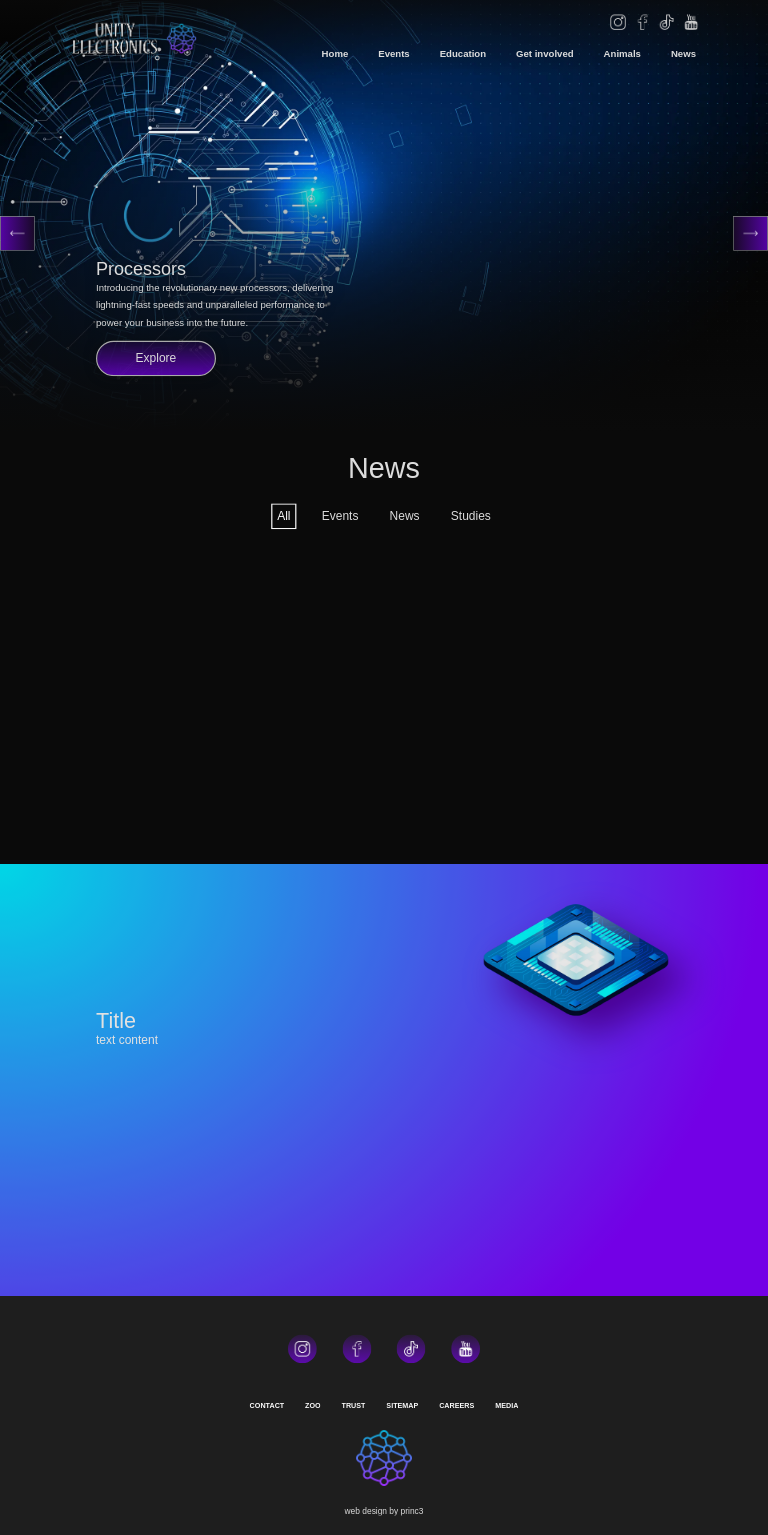
Repository: princ3-web/five
Page: /
These files come from the project's save history. The page is drawn as it stood at one moment and after the next save; the edit follows.
The browser window is 1280 px wide. The pictures show the whole page, at 60% of full size.
The project was rebuilt for these pictures with package versions that can differ from the ones it lists, and the page was loaded fresh each time. Also part of the build but not shown: src/css/subpage.module.css, src/pages/Events.jsx, src/pages/Education.jsx, src/pages/Membership.jsx, src/pages/Animals.jsx, src/pages/News.jsx, src/pages/Support.jsx.

Above is the page before, as saved 2023-05-08 18:54:45.

### src/App.jsx
import React, { useState } from "react";
import { Routes, Route } from "react-router-dom";
import app from "./css/app.module.css";
import Navbar from "./components/Navbar.jsx";
import Bottombar from "./components/Bottombar.jsx";
import Main from "./pages/Main.jsx";
import Events from "./pages/Events.jsx";
import Education from "./pages/Education.jsx";
import Membership from "./pages/Membership.jsx";
import Animals from "./pages/Animals.jsx";
import News from "./pages/News.jsx";
import Support from "./pages/Support.jsx";
import Scrolltotop from "./components/Scrolltotop";

function App() {
  return (
    <div className={app.app}>
      <Navbar />
      <Routes>
        <Route path="/" element={<Main />} exact />
        <Route path="/Events" element={<Events />} exact />
        <Route path="/Education" element={<Education />} exact />
        <Route path="/Membership" element={<Membership />} exact />
        <Route path="/Animals" element={<Animals />} exact />
        <Route path="/News" element={<News />} exact />
        <Route path="/Support" element={<Support />} exact />
      </Routes>
      <Bottombar />
      <Scrolltotop />
    </div>
  );
}

export default App;

### src/css/app.module.css
:root {
    --thin: 200;
    --regular: 400;
    --bold: 600;
    --font-12: 12px;
    --font-14: 14px;
    --font-16: 16px;
    --font-20: 20px;
    --font-24: 24px;
    --font-30: 30px;
    --font-36: 36px;
    --font-48: 48px;
    --dark: rgb(10, 10, 10);
    --dark-transp-100: rgb(0, 0, 0, 0.5);
    --gray-transp-200: rgba(100, 100, 100, 0.5);
    --gray-transp-300: rgba(100, 100, 100, 0.25);
    --gray-50: rgb(30, 30, 30);
    --gray-100: rgb(60, 60, 60);
    --gray-150: rgb(100, 100, 100);
    --gray-200: rgb(170, 170, 170);
    --gray-300: rgb(220, 220, 220);
    --gray-400: rgb(240, 240, 240);
    --light: rgb(250, 250, 250);
    --light-transp: rgb(255, 255, 255, 0.2);
    --blue-200: rgb(0, 78, 162);
    --blue-300: rgb(0, 123, 255);
    --teal-300: rgb(0, 238, 255);
    --violet-200: rgb(81, 0, 162);
    --violet-300: rgb(128, 0, 255);
    --transp: rgba(0, 0, 0, 0);
}

@import url('https://fonts.googleapis.com/css2?family=Raleway&display=swap');


html > div {
    display: none;
  }

  * {
    overflow-x: hidden;
    padding: 0;
    margin: 0;
    font-family: 'Raleway', sans-serif;
    user-select: none;
  }

  .app{
    background-color: var(--dark);
    height: fit-content;
  }

  .section{
    display: flex;
    flex-direction: column;
    min-height: 100vh;
  }

### src/components/Navbar.jsx
import React, { useState } from "react";
import navbar from "../css/navbar.module.css";
import logo from "../assets/icons/logo_sub.png";
import hamburger from "../assets/icons/hamburger.png";
import cross from "../assets/icons/cross.png";
import { Link } from "react-router-dom";
import instagram from "../assets/icons/instagram.png";
import facebook from "../assets/icons/facebook.png";
import tiktok from "../assets/icons/tiktok.png";
import youtube from "../assets/icons/youtube.png";

const Navbar = () => {
  const navbarButtons = [
    {
      name: "Home",
      menu: false,
      items: [],
      link: "/",
    },
    {
      name: "Events",
      menu: true,
      items: [
        "Plan Your Day",
        "What's On",
        "Membership",
        "Vet Hospital",
        "Education",
        "Zoo Map",
      ],
      link: "/Events",
    },
    {
      name: "Education",
      menu: true,
      items: [
        "Read for Adventure",
        "Educational Field Trips",
        "Self-Guided Field Trips",
        "Nature Explorers Preschool",
        "Schools Out Day Camps",
        "Spring Break Camp",
        "Summer Camps",
        "After Hours",
        "Conservation Club",
      ],
      link: "/Education",
    },
    {
      name: "Get involved",
      menu: true,
      items: [
        "What We Do",
        "What You Can Do",
        "Work at the Zoo",
        "Volunteer",
        "Sponsorship",
        "Conservation",
      ],
      link: "/Membership",
    },
    {
      name: "Animals",
      menu: false,
      items: [],
      link: "/Animals",
    },
    {
      name: "News",
      menu: false,
      items: [],
      link: "/News",
    },
  ];

  const socials = [instagram, facebook, tiktok, youtube];

  const [mobileMenu, toggleMobileMenu] = useState(false);

  return (
    <>
      <div className={navbar.navbar}>
        <Link className={navbar.link} to={"/"}>
          <img className={navbar.logo} src={logo} alt="" />
        </Link>
        <div className={navbar.navbarContent}>
          <div className={navbar.navbarTopIcons}>
            {socials.map((item, n) => (
              <img className={navbar.navbarTopIcon} src={item} alt="" key={n} />
            ))}
          </div>
          <div className={navbar.navbarButtons}>
            {navbarButtons.map((item, n) => (
              <div
                style={{
                  display: "block",
                  overflow: "visible",
                }}
                key={n}
              >
                <div className={navbar.navbarButton}>
                  <Link
                    to={item.link}
                    style={{
                      textDecoration: "none",
                      color: "unset",
                    }}
                  >
                    {item.name}
                  </Link>
                </div>

                {item.items.length > 0 && (
                  <>
                    <div className={navbar.navbarButtonDropdown}>
                      {item.items.map((i, n) => (
                        <Link
                          className={navbar.navbarButtonDropdownItem}
                          key={n}
                          to={item.link}
                        >
                          {i}
                        </Link>
                      ))}
                    </div>
                  </>
                )}
              </div>
            ))}
          </div>
        </div>
        <img
          className={navbar.mobileButton}
          src={mobileMenu === true ? cross : hamburger}
          onClick={() =>
            mobileMenu === true ? toggleMobileMenu(false) : toggleMobileMenu(true)
          }
          alt=""
        />
        <div
          className={[navbar.mobileMenu, mobileMenu ? navbar.mobileMenuShow : ""].join(
            " "
          )}
        >
          {navbarButtons.map((item) => (
            <Link to={item.link} className={navbar.mobileMenuItem}>
              <div onClick={() => toggleMobileMenu(false)}>{item.name}</div>
            </Link>
          ))}
        </div>
      </div>
    </>
  );
};

export default Navbar;

### src/components/Bottombar.jsx
import React from "react";
import bottombar from "../css/bottombar.module.css";
import logobw from "../assets/icons/logo.png";
import instagram from "../assets/icons/instagram.png";
import facebook from "../assets/icons/facebook.png";
import tiktok from "../assets/icons/tiktok.png";
import youtube from "../assets/icons/youtube.png";
import navbar from "../css/navbar.module.css";
import { Link } from "react-router-dom";

const Bottombar = () => {
  const socials = [instagram, facebook, tiktok, youtube];
  const links = ["CONTACT", "ZOO", "TRUST", "SITEMAP", "CAREERS", "MEDIA"];

  return (
    <>
      <div className={bottombar.bottomBar}>
        <div className={bottombar.socials}>
          {socials.map((item, n) => (
            <img className={bottombar.socialButton} src={item} alt="" key={n} />
          ))}
        </div>
        <div className={bottombar.links}>
          {links.map((item, n) => (
            <div className={bottombar.link} key={n}>
              {item}
            </div>
          ))}
        </div>
        <Link className={navbar.link} to={"/"}>
        <img className={bottombar.logo} src={logobw} alt="" onClick={() => window.scrollTo(0, 0)} />
        </Link>
        <div className={bottombar.signature}>web design by princ3</div>
      </div>
    </>
  );
};

export default Bottombar;

### src/pages/Main.jsx
import React, { useState, useEffect } from "react";
import app from "../css/app.module.css";
import Imagescroller from "../components/Imagescroller";
import Newspicker from "../components/Newspicker";
import Objectscroller from "../components/Objectscroller";

const Main = () => {
  return (
    <>
      <div className={app.section}>
        <Imagescroller />
      </div>

      <div className={app.section}>
        <Newspicker />
      </div>
      <div className={app.section}>
        <Objectscroller />
      </div>
    </>
  );
};

export default Main;

### src/components/Scrolltotop.jsx
import React from 'react';
import { useLocation } from 'react-router-dom';
import { useEffect } from 'react';

const Scrolltotop = () => {
    const { pathname } = useLocation();

    useEffect(() => {
      window.scrollTo(0, 0);
    }, [pathname]);
  }

export default Scrolltotop;

### src/css/navbar.module.css
.navbar {
  position: absolute;
  display: flex;
  flex-direction: row;
  justify-content: space-between;
  align-items: center;
  z-index: 5;
  width: 100%;
  padding-inline: 7rem;
  height: 8rem;
  font-size: var(--font-16);
  overflow: visible;
  box-sizing: border-box;
  background: linear-gradient(var(--dark) -30%, var(--transp) 100%);
}

.navbarContent {
  height: 100%;
  display: flex;
  flex-direction: column;
  justify-content: space-evenly;
}

.navbarTopIcons {
  display: flex;
  flex-direction: row;
  justify-content: space-between;
  width: 12vw;
  margin-left: auto;
  margin-right: 0;
}

.navbarTopIcon {
  width: 2rem;
  filter: brightness(0.8);
}

.navbarTopIcon:hover {
  filter: brightness(1);
  cursor: pointer;
}

.navbarButtons {
  display: flex;
  flex-direction: row;
  justify-content: space-between;
  width: 50vw;
  margin-left: auto;
  margin-right: 0;
}

.navbarButton {
  color: var(--gray-300);
  padding: 0.5rem;
  font-weight: var(--bold);
  cursor: pointer;
  transition: 0.2s;
}

.navbarButton:hover {
  color: var(--gray-400);
  cursor: pointer;
}

.dropdownBackground {
  background-color: black;
  width: 100%;
  height: 15rem;
}

.navbarButtonDropdown {
  visibility: hidden;
  z-index: 3;
  position: absolute;
  margin-left: -25px;
  padding-inline: 1.5rem;
  padding-block: 0.5rem;
  cursor: pointer;
  line-height: 2rem;
  filter: opacity(0);
  transition: 0.35s;
  background: linear-gradient(135deg, var(--dark-transp-100), var(--violet-200));
}

.navbarButton:hover ~ .navbarButtonDropdown {
  visibility: visible;
  filter: opacity(1);
}

.navbarButtonDropdown:hover {
  visibility: visible;
  filter: opacity(1);

}

.navbarButtonDropdownItem {
  color: var(--gray-300);
  display: block;
  transition: 0.2s;
  text-decoration: none;
}

.navbarButtonDropdownItem:hover {
  color: var(--light);
}

.navbarTopButton {
  height: fit-content;
  padding: 0.5rem;
  font-weight: var(--regular);
  cursor: pointer;
}

.logo {
  position: relative;
  display: block;
  height: 40%;
  object-fit: contain;
  z-index: 1;
  filter: drop-shadow(1px 1px 1px var(--dark));
}

.link {
  height: 100%;
  overflow: hidden;
  display: flex;
  align-items: center;
}

.mobileButton {
  display: none;
}

.mobileMenu {
  display: none;
}

@media screen and (max-width: 480px) {
  .navbar {
    height: 5rem;
    padding-inline: 0.5rem;
  }

  .navbarTopButtons {
    display: none;
  }
  .navbarButtons {
    display: none;
  }

  .logo {
    height: 70%;
  }

  .mobileButton {
    display: block;
    height: 50%;
    margin-right: 0.5rem;
    z-index: 1;
  }

  .mobileMenu {
    position: absolute;
    display: block;
    box-sizing: border-box;
    top: 5rem;
    left: 100vw;
    width: 100vw;
    height: 100vh;
    text-align: center;
    background-size: 20rem;
    background-color: var(--green-400);
    transition: 0.2s;
  }

  .mobileMenuShow {
    left: 0;
  }

  .mobileMenuItem {
    color: var(--light);
    font-size: var(--font-20);
    line-height: 4rem;
    text-decoration: none;
  }
}

### src/css/bottombar.module.css
.bottomBar {
  position: relative;
  display: flex;
  flex-direction: column;
  align-items: center;
  width: 100%;
  background-color: var(--gray-50);
  padding-bottom: 2rem;
}

.socials {
  position: relative;
  width: 25%;
  margin: auto;
  left: 0;
  right: 0;
  margin-top: 4rem;
  display: flex;
  flex-direction: row;
  justify-content: space-between;
}

.socialButton {
  width: 2rem;
  padding: 0.5rem;
  background-color: var(--violet-200);
  background: linear-gradient(180deg, var(--transp), var(--violet-300));
  background-size: 100% 200%;
  background-position: 100% 25%;
  transition: 0.5s;
  border-radius: 2rem;
  cursor: pointer;
}

.socialButton:hover {
  background-position: 100% 100%;

}

.links {
  position: relative;
  width: 35%;
  font-size: var(--font-12);
  margin: auto;
  left: 0;
  right: 0;
  margin-top: 4rem;
  display: flex;
  flex-direction: row;
  justify-content: space-between;
}

.link {
  color: var(--light);
  font-weight: var(--bold);
  cursor: pointer;
}

.link:hover {
  color: var(--gray-200);
}

.logo {
  position: relative;
  width: 6rem;
  padding-top: 2rem;
  padding-bottom: 2rem;
  cursor: pointer;
  transition: 0.2s;
}

.logo:hover {
  filter: brightness(0.8);
}

.signature {
  color: var(--gray-300);
  font-size: var(--font-14);
  font-weight: var(--thin);
}

@media screen and (max-width: 480px) {
  .socials {
    width: 90%;
  }

  .links {
    display: flex;
    flex-wrap: wrap;
    width: 90%;
    justify-content: space-between;
  }

  .link {
    width: 30%;
    height: 3rem;
    text-align: center;
  }
}

### src/components/Imagescroller.jsx
import React, { useEffect, useState } from "react";
import imagescroller from "../css/imagescroller.module.css";

const Imagescroller = () => {
  const [selectedBackground, toggleSelectedBackground] = useState(0);

  useEffect(() => {
    const intervalId = setInterval(() => {
      selectedBackground < 2
        ? toggleSelectedBackground((state) => state + 1)
        : toggleSelectedBackground(0);
    }, 6000);

    return () => {
      clearInterval(intervalId);
    };
  }, [selectedBackground]);

  const backgrounds = [0, 1, 2];
  const backgroundsText = [
    {
      title: "Processors",
      text: "Introducing the revolutionary new processors, delivering lightning-fast speeds and unparalleled performance to power your business into the future.",
    },
    {
      title: "New Techs",
      text: "Unlock the full potential of your industry with cutting-edge technologies designed to increase efficiency, productivity, and profitability.",
    },
    {
      title: "GPUs",
      text: "Experience unprecedented gaming performance and immerse yourself in stunningly realistic graphics with our new ground-breaking graphics cards.",
    },
  ];

  return (
    <div>
      <div className={imagescroller.imageScroller}>
        {backgrounds.map((item, n) => (
          <img
            className={[
              imagescroller.image,
              selectedBackground !== n ? imagescroller.imageFade : "",
            ].join(" ")}
            src={require("../assets/images/background" + n + ".webp")}
            alt=""
          />
        ))}

        <img
          className={imagescroller.arrow}
          onClick={() =>
            selectedBackground > 0
              ? toggleSelectedBackground((state) => state - 1)
              : toggleSelectedBackground(backgrounds.length - 1)
          }
          style={{ left: "0", rotate: "180deg", translateY: "-50%" }}
          src={require("../assets/icons/arrow.png")}
          alt=""
        />
        <img
          className={imagescroller.arrow}
          onClick={() =>
            selectedBackground < backgrounds.length - 1
              ? toggleSelectedBackground((state) => state + 1)
              : toggleSelectedBackground(0)
          }
          style={{ right: "0", rotate: "0deg", translateY: "-50%" }}
          src={require("../assets/icons/arrow.png")}
          alt=""
        />
        <div className={imagescroller.gradient}></div>
      </div>
      <div className={imagescroller.explore}>
        <div className={imagescroller.exploreTitle}>
          {backgroundsText[selectedBackground].title}
        </div>
        <div className={imagescroller.exploreText}>
          {backgroundsText[selectedBackground].text}
        </div>
        <div className={imagescroller.exploreButton}>Explore</div>
      </div>
    </div>
  );
};

export default Imagescroller;

### src/components/Newspicker.jsx
import React, { useState } from "react";
import newspicker from "../css/newspicker.module.css";

const Newspicker = () => {
  const newsButtons = ["All", "Events", "News", "Studies"];
  const [selectedButton, toggleSelectedButton] = useState(0);

  return (
    <div className={newspicker.news}>
      <div
        className={newspicker.newsTitle}
        style={{ textAlign: "center", marginTop: "2rem" }}
      >
        News
      </div>
      <div className={newspicker.newsButtons}>
        {newsButtons.map((item, n) => (
          <div
            className={[
              newspicker.newsButton,
              n === selectedButton && newspicker.newsButtonSelected,
            ].join(" ")}
            onClick={() => toggleSelectedButton(n)}
          >
            {item}
          </div>
        ))}
      </div>
    </div>
  );
};

export default Newspicker;

### src/components/Objectscroller.jsx
import React, { useEffect, useState } from "react";
import objectscroller from "../css/objectscroller.module.css";

const Objectscroller = () => {
  const [scrollPos, setScrollPos] = useState(false);

  // useEffect for setting useState: scrollPos
  useEffect(() => {
    const handleMouseMove = () => {
      setScrollPos(window.scrollY);
    };

    window.addEventListener("scroll", handleMouseMove);
    return () => {
      window.removeEventListener("scroll", handleMouseMove);
    };
  }, []);

  console.log(scrollPos);

  return (
    <div>
      <div className={objectscroller.gradient}>
        <div className={objectscroller.textContainer}>
          <div className={objectscroller.title}>Title</div>
          <div className={objectscroller.text}>text content</div>
        </div>
        <img
          className={objectscroller.image}
          style={{
            translate: "0px " + (- scrollPos / 8 - 200 + "px").toString(),
          }}
          src={require("../assets/images/object1.png")}
          alt=""
        />
      </div>
    </div>
  );
};

export default Objectscroller;

### src/css/imagescroller.module.css
.imageScroller {
  position: absolute;
  height: 100vh;
  width: 100%;
  display: block;
  white-space: nowrap;
  background-color: var(--dark);
}

.image {
  position: absolute;
  z-index: 1;
  width: 100vw;
  height: 100vh;
  object-fit: cover;
  top: 0;
  left: 0;
  padding: 0;
  transition: 1s;
  filter: opacity(1);
}

.imageFade {
  filter: opacity(0);
}

.arrow {
  position: absolute;
  width: 1.5rem;
  z-index: 2;
  top: 50%;
  padding: 1rem;
  border: 1px solid var(--gray-200);
  cursor: pointer;
  background-size: 0% 0%;
  background-color: var(--gray-200);
  background: linear-gradient(90deg, var(--dark) 0%, var(--violet-300));
  background-size: 200% 100%;
  background-position: 25% 100%;
  transition: 0.5s;
}

.arrow:hover {
  background-position: 100% 100%;
}

.gradient {
  position: absolute;
  top: 0;
  width: 100vw;
  height: 100vh;
  background: linear-gradient(var(--transp) 30%, var(--dark) 100%);
  z-index: 1;
}

.explore {
  position: absolute;
  z-index: 3;
  left: 10rem;
  top: 60%;
  width: 25rem;
  filter: drop-shadow(0px 0px 10px var(--dark));

}

.exploreTitle {
  position: relative;
  color: var(--gray-300);
  font-size: var(--font-30);
}

.exploreText {
  position: relative;
  color: var(--gray-300);
  font-size: var(--font-16);
  margin-bottom: 1rem;
  line-height: 1.8rem;
}

.exploreButton {
  position: relative;
  width: fit-content;
  color: var(--gray-300);
  font-size: var(--font-20);
  padding: 1rem;
  padding-inline: 4rem;
  border: 2px solid var(--gray-200);
  border-radius: 2rem;
  background: linear-gradient(180deg, var(--transp), var(--violet-300));
  background-size: 100% 200%;
  background-position: 100% 25%;
  transition: 0.5s;
  cursor: pointer;
}

.exploreButton:hover {
  background-position: 100% 100%;
}

.video {
  position: relative;
  display: flex;
  box-sizing: border-box;
  z-index: 1;
  width: 100%;
  height: 100vh;
  object-fit: cover;
  padding: 0;
  border-top: 0.25rem solid var(--green-500);
}

@media screen and (max-width: 480px) {
  .video {
    width: 100%;
    margin: unset;
  }
}

### src/css/newspicker.module.css
.news{
    display: flex;
    flex-direction: column;
  }

  .newsTitle {
    font-size: var(--font-48);
    color: var(--gray-300);
    margin-bottom: 2rem;
  }

  .newsButtons{
    display: flex;
    flex-direction: row;
    justify-content: center;
    align-self: center;
    width: 50%;
  }

  .newsButton {
    color: var(--gray-300);
    font-size: var(--font-20);
    border: 2px solid var(--transp);
    margin-inline: 1rem;
    padding: 0.5rem;
    cursor: pointer;
    transition: 0.5s;
  }

  .newsButtonSelected{
    border: 2px solid var(--light);
    color: var(--light);
  }

### src/css/objectscroller.module.css
.image {
  position: absolute;
  top: 50%;
  transform: translateY(-50%);
  right: 10rem;
  width: 20rem;
  filter: drop-shadow(30px 30px 30px var(--violet-200));
}

.textContainer {
  color: var(--light);
  position: absolute;
  left: 10rem;
  top: 15rem;
  margin: auto;
}

.title {
  font-size: var(--font-36);
}

.text {
  font-size: var(--font-20);
}

.gradient {
  width: 100vw;
  height: 100vh;
  background: radial-gradient(at left top, var(--teal-300) 0%, var(--violet-300) 70%);
  background-size: 100% 150%;
  filter: brightness(0.9);
}

Loaded but not shown: public/index.html (common file); src/index.js (common file); src/index.css (common file); src/reportWebVitals.js (common file)

After the next save:
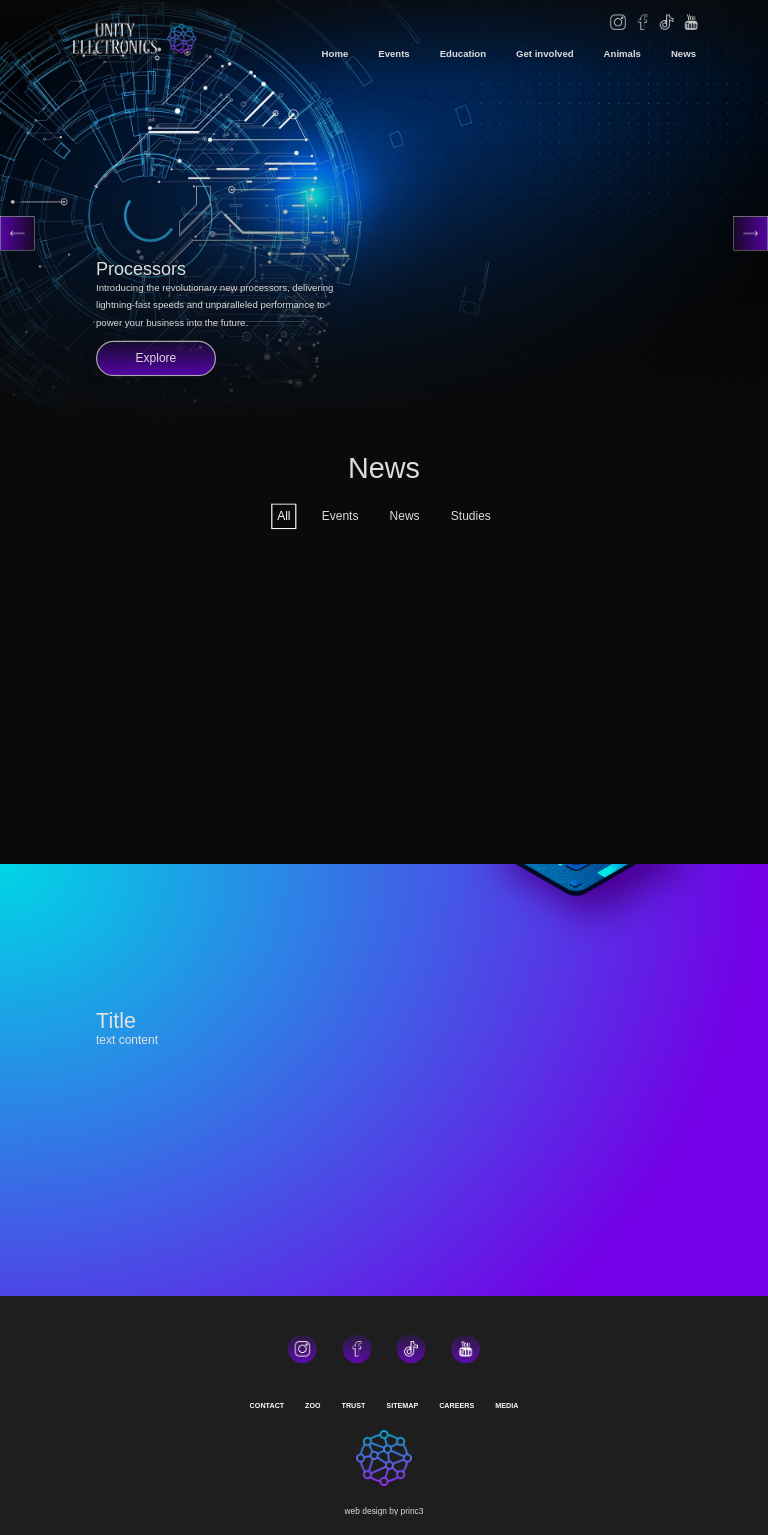
Saved 5 s later.
--- a/src/components/Objectscroller.jsx
+++ b/src/components/Objectscroller.jsx
@@ -28,7 +28,7 @@ const Objectscroller = () => {
         <img
           className={objectscroller.image}
           style={{
-            translate: "0px " + (- scrollPos / 8 - 200 + "px").toString(),
+            translate: "0px " + (- scrollPos / 8 - 400 + "px").toString(),
           }}
           src={require("../assets/images/object1.png")}
           alt=""
